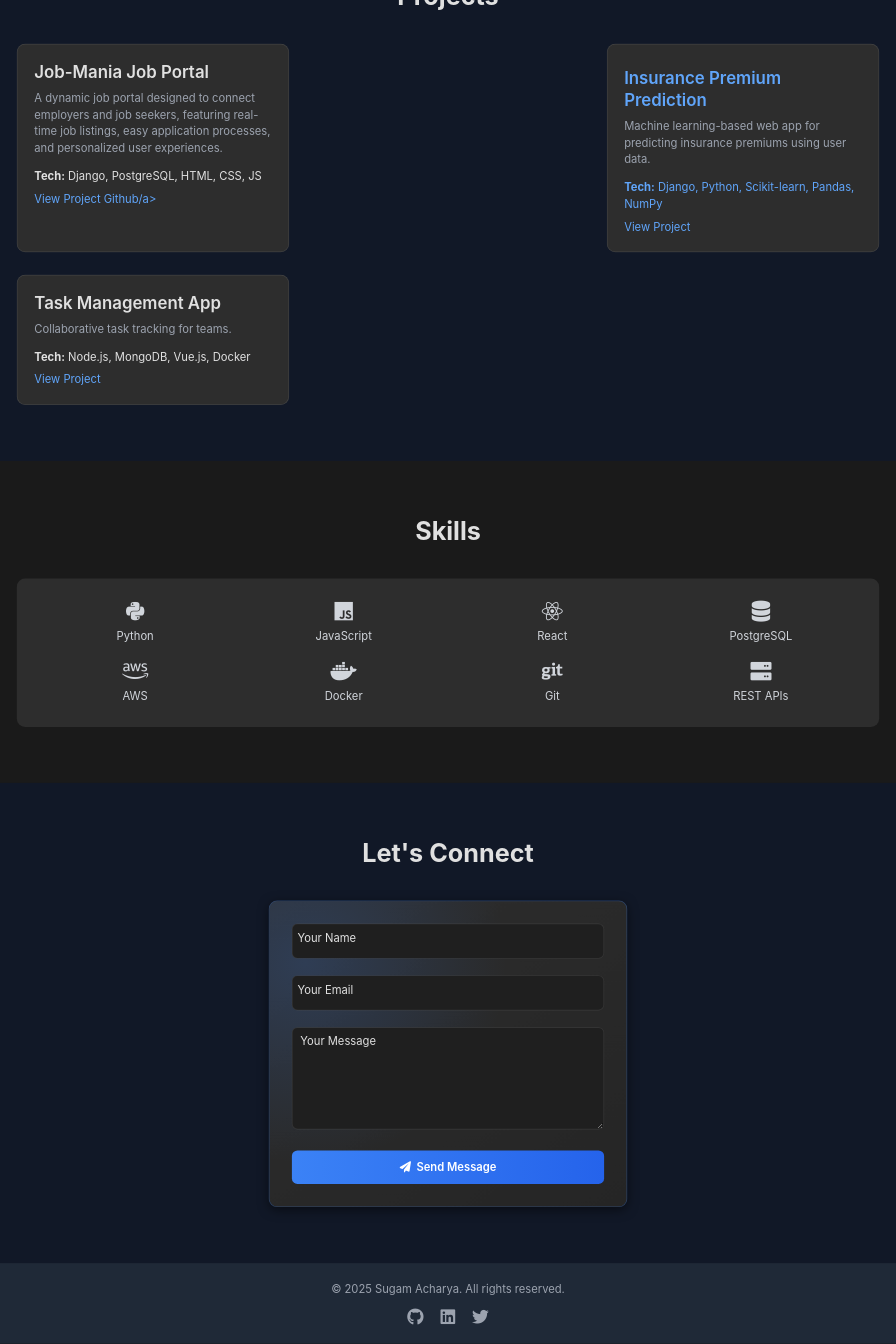
Repository: Sugaam0/Portfolio
Page: portfolio/home/templates/home/index.html
The author's editor kept a copy of each file at every save. The page is drawn from the files as they stood at one save, then again after the next save.
The browser window is 1280 px wide. The pictures show the part of the page from y = 1188 to 3108 px (the page is 3108 px tall before and 3084 px after), at 70% of full size.
The template is drawn by Django 5.2. The application's start-up code is not run. Other server files are loaded and not shown. The template is opened directly, without the code that normally fills it, so the values that code supplies are empty.

Above is the page before, as saved 2025-05-08 17:43:46.

### portfolio/home/templates/home/index.html
{% load static %}
<!DOCTYPE html>
<html lang="en">
<head>
  <meta charset="UTF-8" />
  <meta name="viewport" content="width=device-width, initial-scale=1.0"/>
  <title>| Sugam Acharya |</title>
  <link href="https://cdn.jsdelivr.net/npm/tailwindcss@2.2.19/dist/tailwind.min.css" rel="stylesheet"/>
  <link rel="stylesheet" href="https://cdnjs.cloudflare.com/ajax/libs/font-awesome/6.0.0-beta3/css/all.min.css"/>
  <link rel="stylesheet" href="{% static 'css/style.css' %}">
</head>
<body class="antialiased scroll-smooth">

{% include 	"home/navbar.html" %}
<!-- Hero Section -->
<section id="home" class="min-h-screen flex items-center justify-center pt-20">
  <div class="container mx-auto px-6 text-center">
    <h1 class="text-5xl font-bold mb-4">Aspiring Full-Stack Developer</h1>
    <p class="text-lg text-accent mb-4">
      <span id="typed-text" class="font-semibold">Building the web one line at a time.</span>
    </p>
    <p class="text-xl text-secondary mb-6">
      Eager to build innovative digital experiences and grow through hands-on projects and collaboration.
    </p>
    <p class="text-md text-secondary mb-8">
      Recently completed training in modern web technologies including Python, JavaScript, and Java.
    </p>
    <a href="#projects" class="btn-accent px-6 py-3 rounded-lg font-semibold">Explore My Work</a>
  </div>
</section>

<!-- About Section -->
<section id="about" class="py-20">
  <div class="container mx-auto px-6 max-w-4xl">
    <h2 class="text-4xl font-bold text-center mb-10">About Me</h2>
    <div class="section-bg p-8">
      <p class="text-lg leading-relaxed text-gray-300">
        Passionate coder focused on building efficient web solutions. Skilled in Python and Machine Learning, I'm eager to turn creative ideas into functional applications.
      </p>
    </div>
  </div>
</section>

<!-- Projects -->
<section id="projects" class="py-20 bg-gray-900">
  <div class="container mx-auto px-6">
    <h2 class="text-4xl font-bold text-center mb-12">Projects</h2>
    <div class="grid grid-cols-1 md:grid-cols-2 lg:grid-cols-3 gap-8">
      <!-- Project Cards -->
      <div class="project-card section-bg p-6">
        <h3 class="text-2xl font-semibold mb-2">Job-Mania Job Portal</h3>
        <p class="text-gray-400 mb-4">A dynamic job portal designed to connect employers and job seekers, featuring real-time job listings, easy application processes, and personalized user experiences.</p>
        <p><strong>Tech:</strong> Django, PostgreSQL, HTML, CSS, JS</p>
        <a href="#" class="text-blue-400 hover:underline mt-2 inline-block">View Project</a>
        <a href="" class="text-blue-400 hover:underline mt-2 inline-block">Github/a>
      </div>
      <div class="project-card section-bg p-6">
        <h3 class="text-2xl font-semibold mb-2">Insurance Premium Prediction</h3>
        <p class="text-gray-400 mb-4">Machine learning-based web app for predicting insurance premiums using user data.</p>
        <p><strong>Tech:</strong> Django, Python, Scikit-learn, Pandas, NumPy</p>
        <a href="#" class="text-blue-400 hover:underline mt-2 inline-block">View Project</a>
    </div>

      <div class="project-card section-bg p-6">
        <h3 class="text-2xl font-semibold mb-2">Task Management App</h3>
        <p class="text-gray-400 mb-4">Collaborative task tracking for teams.</p>
        <p><strong>Tech:</strong> Node.js, MongoDB, Vue.js, Docker</p>
        <a href="#" class="text-blue-400 hover:underline mt-2 inline-block">View Project</a>
      </div>
    </div>
  </div>
</section>

<!-- Skills -->
<section id="skills" class="py-20">
  <div class="container mx-auto px-6">
    <h2 class="text-4xl font-bold text-center mb-12">Skills</h2>
    <div class="section-bg p-8 grid grid-cols-2 md:grid-cols-4 gap-6 text-center text-gray-300">
      <div><i class="fab fa-python text-3xl mb-2 icon-hover"></i><p>Python</p></div>
      <div><i class="fab fa-js text-3xl mb-2 icon-hover"></i><p>JavaScript</p></div>
      <div><i class="fab fa-react text-3xl mb-2 icon-hover"></i><p>React</p></div>
      <div><i class="fas fa-database text-3xl mb-2 icon-hover"></i><p>PostgreSQL</p></div>
      <div><i class="fab fa-aws text-3xl mb-2 icon-hover"></i><p>AWS</p></div>
      <div><i class="fab fa-docker text-3xl mb-2 icon-hover"></i><p>Docker</p></div>
      <div><i class="fab fa-git text-3xl mb-2 icon-hover"></i><p>Git</p></div>
      <div><i class="fas fa-server text-3xl mb-2 icon-hover"></i><p>REST APIs</p></div>
    </div>
  </div>
</section>

<!-- Contact Section -->
<section id="contact" class="py-20 bg-gray-900">
  <div class="container mx-auto px-6">
    <h2 class="text-4xl font-bold text-center mb-12">Let's Connect</h2>
    <div class="contact-form p-8 max-w-lg mx-auto rounded-xl">
      <form action="{% url 'contact' %}" method="POST">
        {% csrf_token %}
        <div class="mb-6 relative">
          <input type="text" id="name" name="name" class="form-input w-full p-3 rounded-lg peer" placeholder=" " required>
          <label for="name" class="form-label absolute left-2 top-2 text-secondary">Your Name</label>
        </div>
        <div class="mb-6 relative">
          <input type="email" id="email" name="email" class="form-input w-full p-3 rounded-lg peer" placeholder=" " required>
          <label for="email" class="form-label absolute left-2 top-2 text-secondary">Your Email</label>
        </div>
        <div class="mb-6 relative">
          <textarea id="message" name="message" rows="5" class="form-input w-full p-3 rounded-lg peer" placeholder=" " required></textarea>
          <label for="message" class="form-label absolute left-3 top-2 text-secondary">Your Message</label>
        </div>
        <button type="submit" class="btn-accent w-full py-3 rounded-lg font-semibold flex items-center justify-center gap-2">
          <i class="fas fa-paper-plane"></i> Send Message
        </button>
      </form>
    </div>
  </div>
</section>

<!-- Footer -->
{% include "home/footer.html" %}
</body>
</html>

### portfolio/home/templates/home/navbar.html
<!-- Navbar -->
<nav class="navbar fixed top-0 w-full z-50">
    <div class="container mx-auto px-6 py-5 flex justify-between items-center">
      <a href="{% url 'index' %}" class="logo text-white">Sugam Acharya</a>
      <div class="space-x-6 text-sm font-medium">
        <a href="#about" class="nav-link">About</a>
        <a href="#projects" class="nav-link">Projects</a>
        <a href="#skills" class="nav-link">Skills</a>
        <a href="#contact" class="nav-link">Contact</a>
      </div>
    </div>
  </nav>

### portfolio/home/templates/home/footer.html
<footer class="bg-gray-800 py-6">
    <div class="container mx-auto px-6 text-center text-gray-400">
      <p>© 2025 Sugam Acharya. All rights reserved.</p>
      <div class="flex justify-center space-x-6 mt-4">
        <a href="https://github.com/Sugaam0" class="icon-hover" target="_blank"><i class="fab fa-github text-2xl"></i></a>
        <a href="https://www.linkedin.com/in/sugam-acharya-b1059a23b/" class="icon-hover" target="_blank"><i class="fab fa-linkedin text-2xl"></i></a>
        <a href="https://x.com/gaam_su" class="icon-hover" target="_blank"><i class="fab fa-twitter text-2xl"></i></a>
      </div>
    </div>
  </footer>

### portfolio/home/static/css/style.css
:root {
    --bg-primary: #1a1a1a;
    --bg-secondary: #2d2d2d;
    --text-primary: #e0e0e0;
    --text-secondary: #a0a0a0;
    --accent: #3b82f6;
    --accent-dark: #2563eb;
  }

  body {
    background-color: var(--bg-primary);
    color: var(--text-primary);
    font-family: 'Inter', sans-serif;
  }

  .navbar {
    background: linear-gradient(to bottom, var(--bg-secondary), rgba(45, 45, 45, 0.95));
    backdrop-filter: blur(8px);
    box-shadow: 0 2px 5px rgba(0, 0, 0, 0.3);
  }

  .nav-link {
    position: relative;
    padding-bottom: 0.25rem;
    transition: color 0.3s ease;
  }

  .nav-link::after {
    content: '';
    position: absolute;
    width: 0;
    height: 2px;
    bottom: 0;
    left: 0;
    background-color: var(--accent);
    transition: width 0.3s ease;
  }

  .nav-link:hover::after {
    width: 100%;
  }

  .nav-link:hover {
    color: var(--accent);
  }

  .logo {
    font-size: 1.75rem;
    font-weight: 800;
    letter-spacing: 0.05em;
    transition: transform 0.3s ease, color 0.3s ease;
  }

  .logo:hover {
    transform: scale(1.05);
    color: var(--accent);
  }

  .section-bg {
    background-color: var(--bg-secondary);
    border-radius: 0.75rem;
    transition: background-color 0.3s ease;
  }

  .section-bg:hover {
    background-color: #353535;
  }

  .btn-accent {
    background: linear-gradient(to right, var(--accent), var(--accent-dark));
    color: white;
    position: relative;
    overflow: hidden;
    transition: background 0.3s ease;
  }

  .btn-accent::before {
    content: '';
    position: absolute;
    top: 0;
    left: -100%;
    width: 100%;
    height: 100%;
    background: linear-gradient(90deg, transparent, rgba(255, 255, 255, 0.2), transparent);
    transition: 0.5s;
  }

  .btn-accent:hover::before {
    left: 100%;
  }

  .btn-accent:hover {
    background: linear-gradient(to right, var(--accent-dark), var(--accent));
  }

  .project-card {
    transition: transform 0.3s ease, box-shadow 0.3s ease, border-color 0.3s ease;
    border: 1px solid rgba(255, 255, 255, 0.1);
  }

  .project-card:hover {
    transform: translateY(-6px);
    box-shadow: 0 6px 25px rgba(0, 0, 0, 0.6);
    border-color: var(--accent);
  }

  .icon-hover {
    transition: transform 0.3s ease, color 0.3s ease;
  }

  .icon-hover:hover {
    transform: scale(1.2);
    color: var(--accent);
  }

  /* Enhanced Contact Form Styles */
      .contact-form {
          background: linear-gradient(145deg, var(--bg-secondary), #252525);
          border: 1px solid rgba(59, 130, 246, 0.3);
          box-shadow: 0 4px 15px rgba(0, 0, 0, 0.5);
          position: relative;
          overflow: hidden;
      }

      .contact-form::before {
          content: '';
          position: absolute;
          top: 0;
          left: 0;
          width: 100%;
          height: 100%;
          background: radial-gradient(circle at 10% 20%, rgba(59, 130, 246, 0.2) 0%, transparent 50%);
          pointer-events: none;
      }

      .form-input {
          background-color: #1f1f1f;
          border: 1px solid rgba(255, 255, 255, 0.1);
          transition: border-color 0.3s ease, box-shadow 0.3s ease;
      }

      .form-input:focus {
          border-color: var(--accent);
          box-shadow: 0 0 8px rgba(59, 130, 246, 0.3);
          outline: none;
      }

      .form-label {
          transition: color 0.3s ease;
      }

      .form-input:focus + .form-label,
      .form-input:not(:placeholder-shown) + .form-label {
          color: var(--accent);
          transform: translateY(-1.5rem);
          font-size: 0.8rem;
      }

      ::selection {
          background: var(--accent);
          color: white;
      }

After the next save:
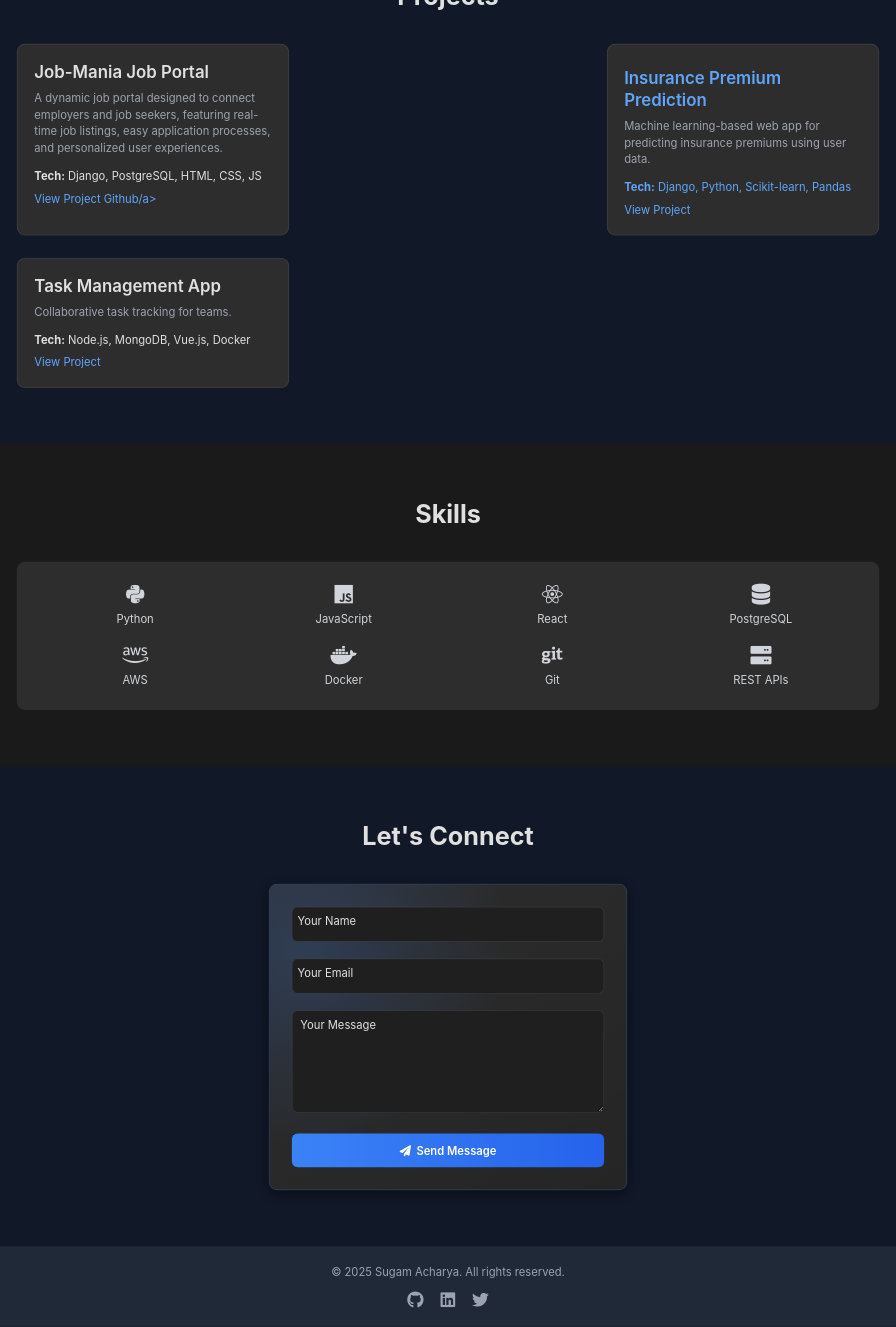
Saved 33 s later.
--- a/portfolio/home/templates/home/index.html
+++ b/portfolio/home/templates/home/index.html
@@ -57,7 +57,7 @@
       <div class="project-card section-bg p-6">
         <h3 class="text-2xl font-semibold mb-2">Insurance Premium Prediction</h3>
         <p class="text-gray-400 mb-4">Machine learning-based web app for predicting insurance premiums using user data.</p>
-        <p><strong>Tech:</strong> Django, Python, Scikit-learn, Pandas, NumPy</p>
+        <p><strong>Tech:</strong> Django, Python, Scikit-learn, Pandas</p>
         <a href="#" class="text-blue-400 hover:underline mt-2 inline-block">View Project</a>
     </div>
 
